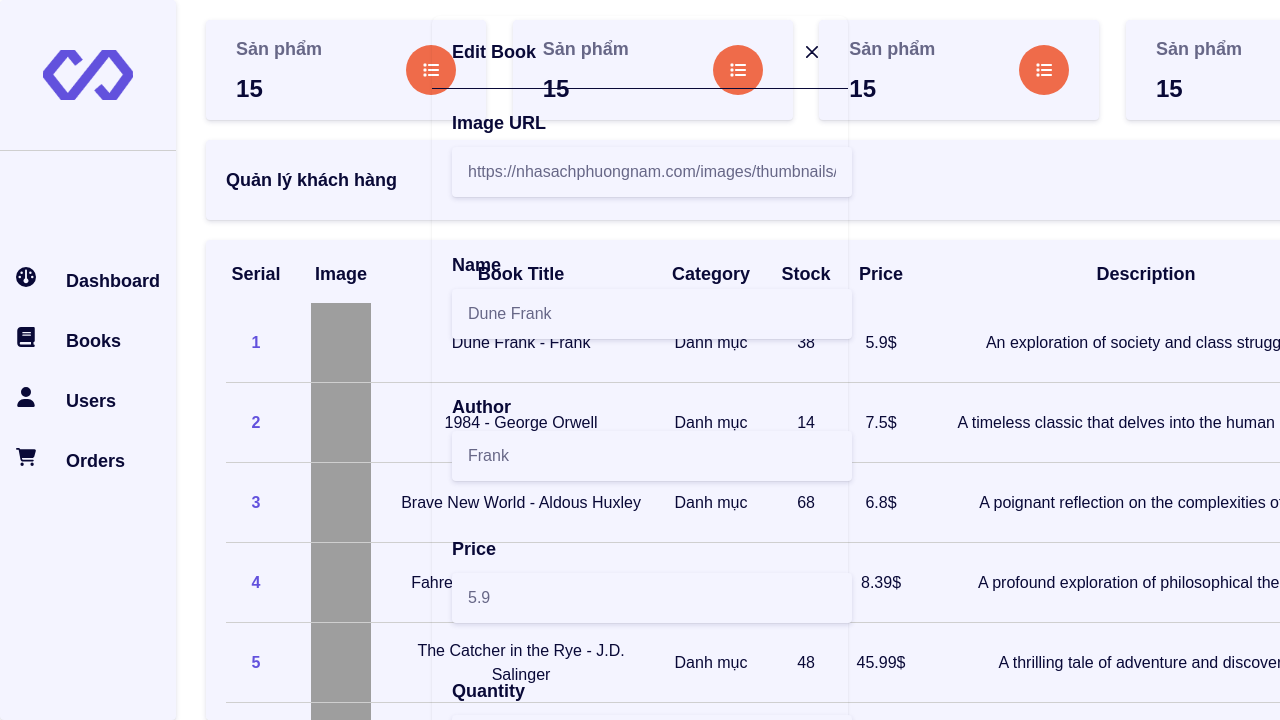
Repository: kauittt/BookStore_FE
Page: / (app in book-store/), after clicking the first element matching `svg.fa-pen`
These files come from the project's save history. The page is drawn as it stood at one moment and after the next save; the edit follows.
The browser window is 1280 px wide. The pictures show the whole page.
Pictures or frames that could not be fetched are drawn as grey boxes. An inner scrolling area shows only its first screen. The project was rebuilt for these pictures with package versions that can differ from the ones it lists, and the page was loaded fresh each time. Also part of the build but not shown: book-store/vite.config.js, book-store/src/components/login-signup/Login.jsx, book-store/src/components/book/BookItem.jsx, book-store/src/components/book/BookList.jsx, book-store/src/components/elements/BackNavigation.jsx, book-store/src/components/book/BookDetail.jsx, book-store/src/components/cart/QuantitySelector.jsx, book-store/src/components/cart/CartItem.jsx and 3 more.

Above is the page before, as saved 2024-07-20 13:19:28.

### book-store/src/index.css
@tailwind base;

* {
    scrollbar-width: thin;
}

@tailwind components;
@tailwind utilities;

.container {
    width: 100%;
}
@media (min-width: 640px) {
    .container {
        max-width: 640px;
    }
}
@media (min-width: 768px) {
    .container {
        max-width: 768px;
    }
    @media (min-width: 1024px) {
        .container {
            max-width: 1024px;
        }
    }
    @media (min-width: 1280px) {
        .container {
            max-width: 1280px;
        }
    }
    @media (min-width: 1400px) {
        .container,
        .container-lg,
        .container-md,
        .container-sm,
        .container-xl,
        .container-xxl {
            max-width: 1320px;
        }
    }
}

### book-store/src/components/admin/AdminNav.jsx
import PropTypes from "prop-types";
import { FontAwesomeIcon } from "@fortawesome/react-fontawesome";
import {
    faCartShopping,
    faUser,
    faBook,
    faGauge,
} from "@fortawesome/free-solid-svg-icons";

const AdminNav = () => {
    return (
        <div
            className="flex flex-col  gap-[100px]
            font-semibold text-lg  w-[260px]
            bg-bgr-main shadow-custom rounded"
        >
            <div
                className="w-full flex justify-center mt-[50px] pb-[50px]
            border-b border-border"
            >
                <img
                    src="./image/Logo.png"
                    alt="Logo"
                    className="w-[90px] h-[50px]  object-cover"
                />
            </div>

            <div>
                <div
                    className="p-[16px]
            transition-all duration-200 ease-in-out
            group hover:bg-bgr-white hover:shadow-custom rounded
            cursor-pointer"
                >
                    <p className="flex gap-[10px]">
                        <FontAwesomeIcon
                            className="mr-[20px] w-[20px] h-[20px]"
                            icon={faGauge}
                        />
                        Dashboard
                    </p>
                </div>
                <div
                    className="p-[16px]
            transition-all duration-200 ease-in-out
            group hover:bg-bgr-white hover:shadow-custom rounded
            cursor-pointer"
                >
                    <p className="flex gap-[10px]">
                        <FontAwesomeIcon
                            className="mr-[20px] w-[20px] h-[20px]"
                            icon={faBook}
                        />
                        Books
                    </p>
                </div>
                <div
                    className="p-[16px]
            transition-all duration-200 ease-in-out
            group hover:bg-bgr-white hover:shadow-custom rounded
            cursor-pointer"
                >
                    <p className="flex gap-[10px]">
                        <FontAwesomeIcon
                            className="mr-[20px]  w-[20px] h-[20px]"
                            icon={faUser}
                        />
                        Users
                    </p>
                </div>
                <div
                    className="p-[16px]
            transition-all duration-200 ease-in-out
            group hover:bg-bgr-white hover:shadow-custom rounded
            cursor-pointer"
                >
                    <p className="flex gap-[10px]">
                        <FontAwesomeIcon
                            className="mr-[20px] w-[20px] h-[20px]"
                            icon={faCartShopping}
                        />
                        Orders
                    </p>
                </div>
            </div>
        </div>
    );
};

AdminNav.propTypes = {
    book: PropTypes.object,
};
export default AdminNav;

### book-store/src/components/admin/AdminPage.jsx
import React from "react";
import PropTypes from "prop-types";
import ManageList from "./ManageList";
import AdminNav from "./AdminNav";
import Card from "./../elements/Card";
import ManageTitle from "./ManageTitle";
import { FontAwesomeIcon } from "@fortawesome/react-fontawesome";
import {
    faCircleUser,
    faCartShopping,
    faHandHoldingDollar,
    faList,
} from "@fortawesome/free-solid-svg-icons";

const AdminPage = (props) => {
    return (
        <div
            className="flex gap-[30px] justify-between
        max-h-screen overflow-hidden
        "
        >
            {/*//* Left  */}
            <AdminNav></AdminNav>

            {/*//* Right  */}
            <div className="flex flex-col gap-[20px] pt-[20px] pr-[20px]">
                {/*//* Cards  */}
                <div className="flex justify-between items-center ">
                    <Card name="Sản phẩm" quantity={15} icon={faList}></Card>
                    <Card name="Sản phẩm" quantity={15} icon={faList}></Card>
                    <Card name="Sản phẩm" quantity={15} icon={faList}></Card>
                    <Card name="Sản phẩm" quantity={15} icon={faList}></Card>
                </div>

                {/*//* Title  */}
                <ManageTitle
                    name="Quản lý khách hàng"
                    button="Add User"
                ></ManageTitle>

                {/*//* List  */}
                <ManageList books={props.books}></ManageList>
            </div>
        </div>
    );
};

AdminPage.propTypes = {
    books: PropTypes.array,
};
export default AdminPage;

### book-store/src/components/elements/Card.jsx
import React from "react";
import PropTypes from "prop-types";
import { FontAwesomeIcon } from "@fortawesome/react-fontawesome";
import {
    faCircleUser,
    faCartShopping,
    faHandHoldingDollar,
    faList,
} from "@fortawesome/free-solid-svg-icons";
const Card = (props) => {
    return (
        <div
            className="flex items-center justify-between
            w-[280px] h-[100px] bg-bgr-main p-[30px]
        rounded shadow-custom"
        >
            <div className="flex flex-col gap-[10px]">
                <p className="text-lg text-text-light font-semibold">
                    {props.name}
                </p>
                <p className="text-2xl font-semibold">{props.quantity}</p>
            </div>
            <FontAwesomeIcon
                className="p-[17px] rounded-full
             bg-bgr-color text-text-white"
                icon={props.icon}
            />
            {/* <FontAwesomeIcon icon={faCartShopping} />
            <FontAwesomeIcon icon={faHandHoldingDollar} />
            <FontAwesomeIcon icon={faCircleUser} /> */}
        </div>
    );
};

Card.propTypes = {
    name: PropTypes.string,
    quantity: PropTypes.number,
    icon: PropTypes.object,
    color: PropTypes.string,
};
export default Card;

### book-store/src/components/elements/FormButton.jsx
import PropTypes from "prop-types";

const FormButton = ({
    name = "Button",
    main = true,
    type = "button",
    disabled = false,
    ...props
}) => {
    return (
        <button
            type={type}
            disabled={disabled}
            className={`m-w-[100px] w-[100px] m-h-[40px] h-[40px] leading-[40px]
            rounded text-lg font-semibold
            flex items-center justify-center
            cursor-pointer shadow-custom
            transition-all duration-200 ease-in-out
            bg-bgr-white
            ${main ? "bg-bgr-white" : "bg-bgr-white"}
            ${main ? "text-text-color" : "text-bgr-color"}
            ${
                main
                    ? "border border-text-color hover:bg-text-color hover:text-text-white"
                    : "border border-bgr-color hover:bg-bgr-color hover:text-text-white"
            }
            `}
            {...props}
        >
            {name}
        </button>
    );
};

FormButton.propTypes = {
    main: PropTypes.bool,
    name: PropTypes.string.isRequired,
    type: PropTypes.string,
    disabled: PropTypes.bool,
};

export default FormButton;

### book-store/src/components/elements/FormInput.jsx
import { Field, useField } from "formik";
import PropTypes from "prop-types";

const FormInput = ({ label, type = "text", ...props }) => {
    const [field, meta] = useField(props);

    return (
        <div className="flex flex-col gap-[10px] w-[400px]">
            <label
                className="font-semibold text-lg"
                htmlFor={props.id || props.name}
            >
                {label}
            </label>
            <Field
                autoComplete="off"
                className="bg-bgr-main p-4 h-[50px] rounded
                    text-text-light
                    shadow-custom
                    focus:outline-none focus:ring-2 focus:ring-text-color"
                {...field}
                {...props}
                type={type}
            />
            <div className="h-[24px]">
                {meta.touched && meta.error ? (
                    <div className="text-text-error font-medium">
                        {meta.error}
                    </div>
                ) : null}
            </div>
        </div>
    );
};

FormInput.propTypes = {
    label: PropTypes.string.isRequired,
    id: PropTypes.string,
    name: PropTypes.string.isRequired,
    placeholder: PropTypes.string,
    type: PropTypes.string,
};

export default FormInput;

### book-store/src/components/admin/ManageItem.jsx
import PropTypes from "prop-types";
import { FontAwesomeIcon } from "@fortawesome/react-fontawesome";
import { faPen } from "@fortawesome/free-solid-svg-icons";
import { useState } from "react";
import Modal from "../elements/Modal";

const ManageItem = (props) => {
    // STT | Tên khách | Tên sách | Số lượng | Giá     | Phone | Address
    // STT | Hình      | Tên sách | Danh mục | Tồn kho | Giá   | Mô tả
    // STT | Username  | Name     | Role     | Email   | Phone | Address

    const isImage = props.data.image ? true : false;

    //* Handle model
    const [showModal, setShowModal] = useState(false);
    const [currentData, setCurrentData] = useState({});

    const handleEditClick = () => {
        setCurrentData(props.data);
        setShowModal(true);
    };

    const handleSave = (updatedData) => {
        console.log("Updated data:", updatedData);
        // Add logic to update the data in the parent component or backend
    };

    return (
        <div
            className="flex justify-between  items-center
                gap-[15px] min-h-[80px] h-[80px] relative
                border-b border-border"
        >
            <p
                className={`${props.category[0].style} font-semibold text-text-color`}
            >
                {props.index + 1}
            </p>

            {isImage ? (
                <div
                    className={`${props.category[1].style} h-full
                flex items-center justify-center`}
                >
                    <img
                        className="w-[60px] h-full object-cover"
                        src={props.data.image}
                        alt="Image"
                    />
                </div>
            ) : (
                <p className={`${props.category[1].style} `}>Tăng Khải Minh</p>
            )}

            <p className={`${props.category[2].style} `}>
                {props.data.name + " - " + props.data.author}
            </p>

            <p className={`${props.category[3].style} `}>Danh mục</p>

            <p className={`${props.category[4].style} `}>
                {props.data.quantity}
            </p>

            <p className={`${props.category[5].style} `}>{props.data.price}$</p>

            <p className={`${props.category[6].style} `}>
                {props.data.description}
            </p>

            <FontAwesomeIcon
                className="absolute right-[-38px] p-[10px] rounded cursor-pointer
                text-bgr-color
                transition-all duration-200 ease-in-out
                hover:bg-bgr-color hover:text-text-white  "
                icon={faPen}
                onClick={handleEditClick}
            />

            {showModal && (
                <Modal
                    onClose={() => setShowModal(false)}
                    data={currentData}
                    onSave={handleSave}
                />
            )}
        </div>
    );
};
ManageItem.propTypes = {
    data: PropTypes.object,
    category: PropTypes.array,
    index: PropTypes.number,
};
export default ManageItem;

### book-store/src/components/admin/ManageTitle.jsx
import React from "react";
import PropTypes from "prop-types";
import FormButton from "./../elements/FormButton";

const ManageTitle = (props) => {
    return (
        <div
            className="flex justify-between items-center
        h-[80px] bg-bgr-main p-[20px]
            rounded shadow-custom"
        >
            <p className="font-semibold text-lg">{props.name}</p>
            <FormButton name={props.button}></FormButton>
        </div>
    );
};

ManageTitle.propTypes = {
    name: PropTypes.string,
    button: PropTypes.string,
};

export default ManageTitle;

### book-store/src/components/elements/Modal.jsx
import { useEffect } from "react";
import PropTypes from "prop-types";
import { Formik, Form } from "formik";
import * as Yup from "yup";
import FormInput from "./FormInput";
import FormButton from "./FormButton";

const Modal = ({ onClose, data, onSave }) => {
    const validationSchema = Yup.object({
        image: Yup.string().required("Required"),
        name: Yup.string().required("Required"),
        author: Yup.string().required("Required"),
        price: Yup.number().required("Required").positive("Must be positive"),
        quantity: Yup.number()
            .required("Required")
            .positive("Must be positive"),
        category: Yup.string().required("Required"),
        description: Yup.string().required("Required"),
    });

    // useEffect(() => {
    //     formik.setValues(data);
    // }, [data]);

    return (
        <div
            id="crud-modal"
            className="fixed inset-0 bg-black bg-opacity-50 flex justify-center items-center z-50"
        >
            <div className="relative p-4 w-full max-w-md max-h-full">
                <div className="relative bg-white rounded-lg shadow dark:bg-gray-700">
                    <div className="flex items-center justify-between p-4 md:p-5 border-b rounded-t dark:border-gray-600">
                        <h3 className="text-lg font-semibold text-gray-900 dark:text-white">
                            Edit Book
                        </h3>
                        <button
                            type="button"
                            className="text-gray-400 bg-transparent hover:bg-gray-200 hover:text-gray-900 rounded-lg text-sm w-8 h-8 ms-auto inline-flex justify-center items-center dark:hover:bg-gray-600 dark:hover:text-white"
                            onClick={onClose}
                        >
                            <svg
                                className="w-3 h-3"
                                aria-hidden="true"
                                xmlns="http://www.w3.org/2000/svg"
                                fill="none"
                                viewBox="0 0 14 14"
                            >
                                <path
                                    stroke="currentColor"
                                    strokeLinecap="round"
                                    strokeLinejoin="round"
                                    strokeWidth="2"
                                    d="m1 1 6 6m0 0 6 6M7 7l6-6M7 7l-6 6"
                                />
                            </svg>
                            <span className="sr-only">Close modal</span>
                        </button>
                    </div>
                    <Formik
                        initialValues={data}
                        validationSchema={validationSchema}
                        onSubmit={(values, actions) => {
                            onSave(values);
                            onClose();
                            actions.setSubmitting(false);
                        }}
                    >
                        {({ isSubmitting }) => (
                            <Form className="p-4 md:p-5 flex flex-col gap-[20px]">
                                <FormInput
                                    label="Image URL"
                                    id="image"
                                    name="image"
                                    placeholder="Enter image URL"
                                />
                                <FormInput
                                    label="Name"
                                    id="name"
                                    name="name"
                                    placeholder="Type product name"
                                />
                                <FormInput
                                    label="Author"
                                    id="author"
                                    name="author"
                                    placeholder="Enter author's name"
                                />
                                <FormInput
                                    label="Price"
                                    id="price"
                                    name="price"
                                    placeholder="Enter price"
                                    type="number"
                                />
                                <FormInput
                                    label="Quantity"
                                    id="quantity"
                                    name="quantity"
                                    placeholder="Enter quantity"
                                    type="number"
                                />
                                <FormInput
                                    label="Category"
                                    id="category"
                                    name="category"
                                    as="select"
                                >
                                    <option value="">Select category</option>
                                    <option value="TV">TV/Monitors</option>
                                    <option value="PC">PC</option>
                                    <option value="GA">Gaming/Console</option>
                                    <option value="PH">Phones</option>
                                </FormInput>
                                <FormInput
                                    label="Product Description"
                                    id="description"
                                    name="description"
                                    placeholder="Write product description here"
                                    as="textarea"
                                    rows="4"
                                />
                                <div className="flex gap-[10px] justify-end">
                                    <FormButton
                                        name="Save Changes"
                                        type="submit"
                                        disabled={isSubmitting}
                                        main={false}
                                    />
                                </div>
                            </Form>
                        )}
                    </Formik>
                </div>
            </div>
        </div>
    );
};

Modal.propTypes = {
    onClose: PropTypes.func.isRequired,
    data: PropTypes.object.isRequired,
    onSave: PropTypes.func.isRequired,
};

export default Modal;

Loaded but not shown: book-store/index.html (common file); book-store/src/main.jsx (common file); book-store/tailwind.config.js (34 lines, source omitted); book-store/src/App.jsx (146 lines, source omitted); book-store/src/components/admin/ManageList.jsx (93 lines, source omitted)

After the next save:
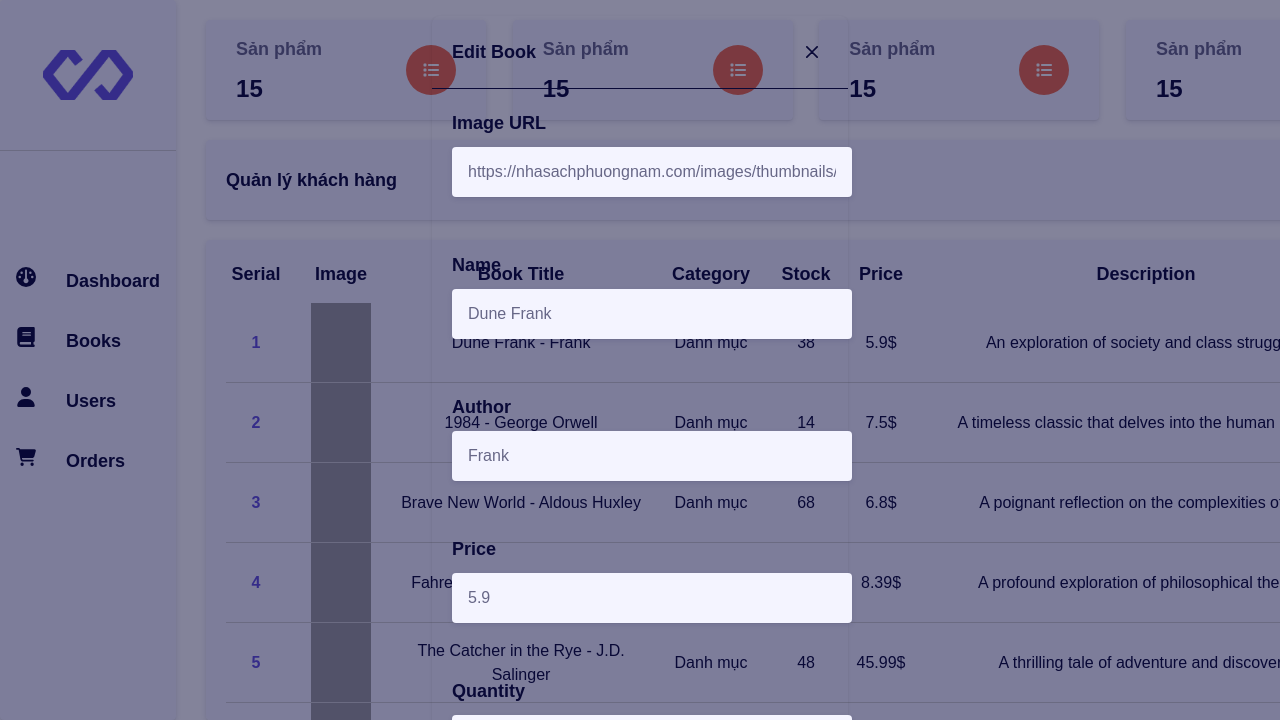
Saved 35 s later.
--- a/book-store/src/components/elements/Modal.jsx
+++ b/book-store/src/components/elements/Modal.jsx
@@ -25,7 +25,7 @@
     return (
         <div
             id="crud-modal"
-            className="fixed inset-0 bg-black bg-opacity-50 flex justify-center items-center z-50"
+            className="fixed inset-0 bg-black bg-opacity-50 flex justify-center items-center z-50 bg-text-normal"
         >
             <div className="relative p-4 w-full max-w-md max-h-full">
                 <div className="relative bg-white rounded-lg shadow dark:bg-gray-700">

After the save that followed:
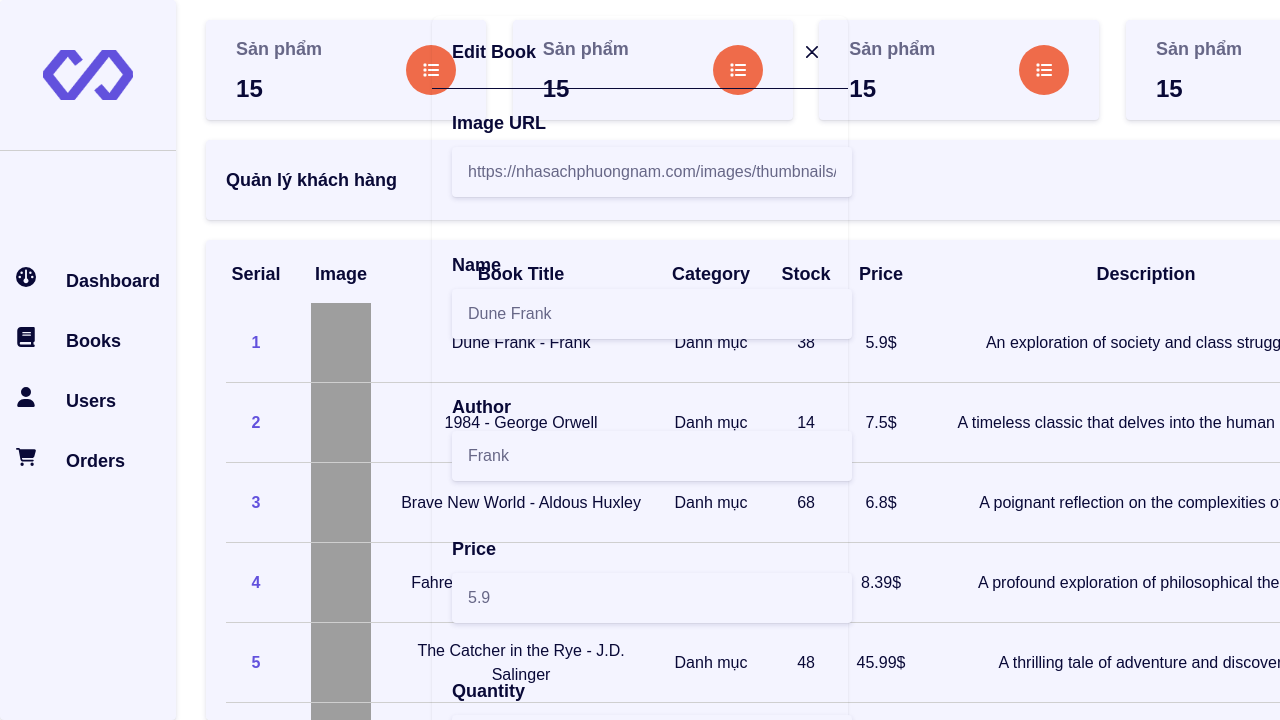
Saved 25 s later.
--- a/book-store/src/components/elements/Modal.jsx
+++ b/book-store/src/components/elements/Modal.jsx
@@ -25,7 +25,7 @@
     return (
         <div
             id="crud-modal"
-            className="fixed inset-0 bg-black bg-opacity-50 flex justify-center items-center z-50 bg-text-normal"
+            className="fixed inset-0 bg-black bg-opacity-50 flex justify-center items-center z-50"
         >
             <div className="relative p-4 w-full max-w-md max-h-full">
                 <div className="relative bg-white rounded-lg shadow dark:bg-gray-700">
